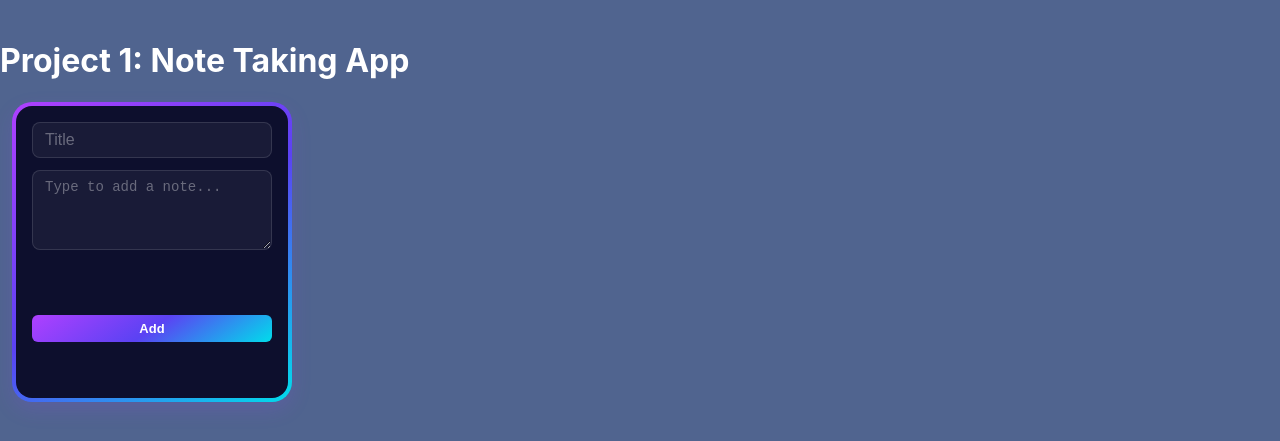
Repository: AJANI2005/Notes-App
Page: /
These files come from the project's save history. The page is drawn as it stood at one moment and after the next save; the edit follows.
The browser window is 1280 px wide. The pictures show the whole page.
The project was rebuilt for these pictures with package versions that can differ from the ones it lists, and the page was loaded fresh each time. Also part of the build but not shown: vite.config.ts, src/App.css, src/style/dialogbox.css, src/DialogBox.tsx.

Above is the page before, as saved 2025-07-31 18:51:23.

### src/index.css
:root {
  font-family: system-ui, Avenir, Helvetica, Arial, sans-serif;
  font-synthesis: none;
  text-rendering: optimizeLegibility;
  -webkit-font-smoothing: antialiased;
  -moz-osx-font-smoothing: grayscale;
}

body {
    margin: 0;
    font-family: 'Inter', sans-serif;
    min-height: 100vh;
    padding: 20px 0;
    background-color: #50648f;
    color: white;
}

### src/App.tsx
import { useEffect, useState } from 'react';

// styles
import "./App.css"
import "./style/note.css"
import DialogBox from './DialogBox';


interface Note {
  id: number
  title: string;
  text: string;
}

const Note = () => {
  const [text, setText] = useState('');
  const [title, setTitle] = useState('');


  //Initialize Local Storage
  useEffect(() => {
    if (!localStorage.getItem("notes")) {
      localStorage.setItem("notes", JSON.stringify([]))
    }
    if (localStorage.getItem("title")) {
      setTitle(JSON.parse(localStorage.getItem("title")!))
    }
    if (localStorage.getItem("text")) {
      setText(JSON.parse(localStorage.getItem("text")!))
    }
  }, [])

  // Store Current Data (On Refresh)
  useEffect(() => {
    if (text === '' && title === '') return
    localStorage.setItem("title", JSON.stringify(title))
    localStorage.setItem("text", JSON.stringify(text))
  }, [text, title])

  const createNote = () => {
    const note = {
      id: Date.now(),
      title: title,
      text: text
    } as Note

    // add note
    const notes = JSON.parse(localStorage.getItem("notes")!)
    notes.push(note)
    localStorage.setItem("notes", JSON.stringify(notes))

    // reset state
    setTitle("")
    setText("")
    localStorage.setItem("title", JSON.stringify(""))
    localStorage.setItem("text", JSON.stringify(""))
  }

  return (
    <form className='note'>
      <div className="note-content">
        <input
          value={title}
          placeholder='Title'
          onChange={(e) => setTitle(e.target.value)}
          type="text" className='note-title-input' />
        <textarea
          value={text}
          onChange={(e) => setText(e.target.value)}
          className='note-input'
          placeholder='Type to add a note...'></textarea>
        <button className='addBtn' onClick={createNote}>Add</button>
      </div>

    </form>
  )
}

function App() {

  const [notes, setNotes] = useState([]);



  const [editing, setEditing] = useState(false);
  const [currentNote, setCurrentNote] = useState<Note | undefined>(undefined);


  //Initialize Local Storage
  useEffect(() => {
    if (localStorage.getItem("notes")) {
      setNotes(JSON.parse(localStorage.getItem("notes")!))
    }
  }, [])

  //Save current note
  const saveNote = () => {
    const notes = JSON.parse(localStorage.getItem("notes")!)
    const index = notes.findIndex((note: Note) => note.id === currentNote?.id)
    notes[index] = currentNote
    localStorage.setItem("notes", JSON.stringify(notes))
    setEditing(false)
    // refresh
    window.location.reload()
  }
  //Delete note
  const deleteNote = () => {
    const notes = JSON.parse(localStorage.getItem("notes")!)
    const index = notes.findIndex((note: Note) => note.id === currentNote?.id)
    notes.splice(index, 1)
    localStorage.setItem("notes", JSON.stringify(notes))
    setEditing(false)
    // refresh
    window.location.reload()
  }

  return (
    <div className='app'>
      <h1>Project 1: Note Taking App</h1>
      <Note />
      {/* Display Notes */}
      <div className='notes-grid'>
        {notes.map((note: Note, index) => (
          <div key={index} className='note'>
            <div className='note-content'>
              <h2 className='note-title'>{note.title}</h2>
              <p className='note-text'>{note.text}</p>
              <button className='deleteBtn'
                onClick={deleteNote}>✖</button>
              <button className='editBtn' onClick={() => {
                setEditing(true);
                setCurrentNote(note);
              }}
              >📝</button>
            </div>
          </div>))}
      </div>

      {/* Edit Dialog Box */}
      <DialogBox isOpen={editing} onClose={() => setEditing(false)}>
        <form className='note'>
          <div className='note-content'>
            <input
              value={currentNote?.title}
              placeholder='Title'
              onChange={(e) => setCurrentNote({ ...currentNote, title: e.target.value } as Note)}
              type="text" className='note-title-input' />

            <textarea
              value={currentNote?.text}
              onChange={(e) => setCurrentNote({ ...currentNote, text: e.target.value } as Note)}
              className='note-input'
              placeholder='Type to add a note...'></textarea>

            <button className='addBtn' onClick={() => {
              saveNote()
              setEditing(false)
            }}>Save</button>
          </div>
        </form>
      </DialogBox>
    </div>
  )
}

export default App

### src/style/note.css
/* Make all elements respect card boundaries */
*,
*::before,
*::after {
  box-sizing: border-box;
}

/* --- Note Card --- */
.note {
  display: flex;
  flex-direction: column;
  width: 280px;
  height: 300px;
  padding: 4px; /* Gradient border thickness */
  border-radius: 20px;
  background: linear-gradient(145deg, #af40ff, #5b42f3 50%, #00ddeb);
  box-shadow: rgba(151, 65, 252, 0.15) 0 8px 20px;
  margin: 12px;
  position: relative;
  transition: transform 0.2s ease, box-shadow 0.2s ease;
  overflow: hidden; /* ensures no element spills outside */
}

.note:hover {
  transform: translateY(-4px);
  box-shadow: rgba(151, 65, 252, 0.25) 0 12px 28px;
}

/* Inner dark surface */
.note-content {
  flex: 1;
  display: flex;
  flex-direction: column;
  gap: 12px;
  padding: 16px;
  padding-bottom: 56px; /* space for buttons */
  border-radius: 16px;
  background: #0d0f2d;
  color: white;
  position: relative;
  overflow: hidden;
}

/* --- Inputs --- */
.note-title-input,
.note-input {
  width: 100%;
  border-radius: 8px;
  border: 1px solid rgba(255, 255, 255, 0.12);
  background: rgba(255, 255, 255, 0.05);
  color: white;
  outline: none;
  padding: 8px 12px;
  transition: 0.2s border-color, 0.2s background-color;
}

.note-title-input::placeholder,
.note-input::placeholder {
  color: rgba(255, 255, 255, 0.35);
}

.note-title-input {
  font-size: 16px;
  font-weight: 500;
}

.note-input {
  min-height: 80px;
  font-size: 14px;
  resize: vertical;
}

.note-title-input:focus,
.note-input:focus {
  border-color: #5b42f3;
  background: rgba(255, 255, 255, 0.1);
}

/* --- Buttons --- */
.addBtn,
.deleteBtn,
.editBtn {
  border: none;
  padding: 6px 12px;
  font-size: 13px;
  font-weight: 600;
  border-radius: 6px;
  cursor: pointer;
  color: white;
  transition: transform 0.2s ease, filter 0.2s ease;
}

/* Primary Add Button */
.addBtn {
  background: linear-gradient(145deg, #af40ff, #5b42f3 50%, #00ddeb);
  margin-top: auto;
}

.addBtn:hover {
  transform: scale(1.05);
  filter: brightness(1.1);
}

/* Action buttons at bottom-left */
.deleteBtn,
.editBtn {
  position: absolute;
  bottom: 12px;
}

.deleteBtn {
  left: 12px;
  background: linear-gradient(145deg, #ff416c, #ff4b2b); /* neon pink-red */
}

.deleteBtn:hover {
  transform: scale(1.05);
  filter: brightness(1.1);
}

.editBtn {
  left: 72px;
  background: linear-gradient(145deg, #00c9ff, #92fe9d); /* cyan-green neon */
  color: #0d0f2d;
}

.editBtn:hover {
  transform: scale(1.05);
  filter: brightness(1.1);
}

/* --- Note Display --- */
.note-title {
  font-size: 18px;
  font-weight: 600;
  color: white;
  margin-bottom: 4px;
}

.note-text {
  font-size: 14px;
  color: rgba(255, 255, 255, 0.85);
  line-height: 1.5;
  white-space: pre-wrap;
}

/* --- Grid for Notes --- */
.notes-grid {
  display: grid;
  grid-template-columns: repeat(auto-fill, minmax(250px, 1fr));
  gap: 24px;
  padding: 20px;
  justify-items: center;
}

Loaded but not shown: index.html (common file); src/main.tsx (common file)

After the next save:
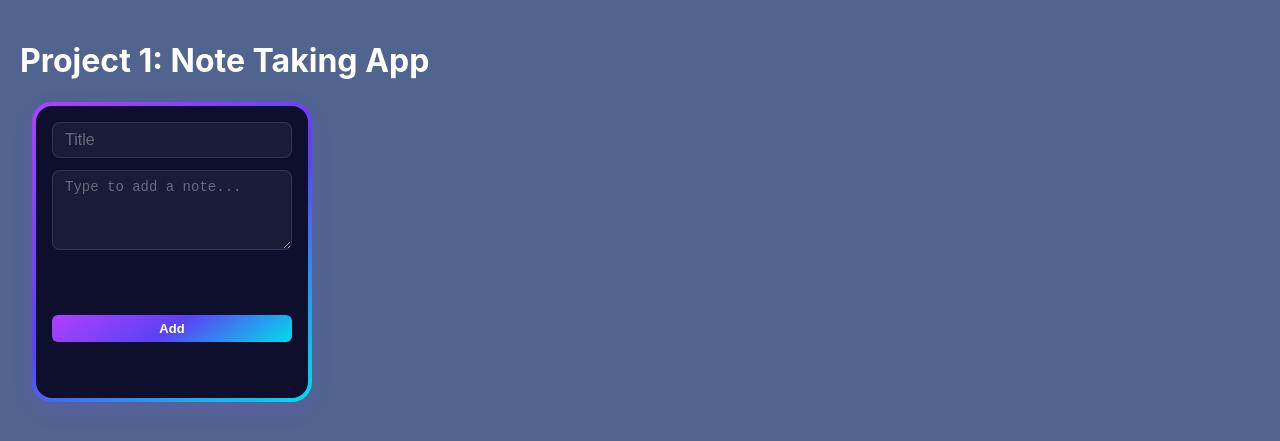
Saved 24 s later.
--- a/src/index.css
+++ b/src/index.css
@@ -10,7 +10,7 @@ body {
     margin: 0;
     font-family: 'Inter', sans-serif;
     min-height: 100vh;
-    padding: 20px 0;
+    padding: 20px;
     background-color: #50648f;
     color: white;
 }
